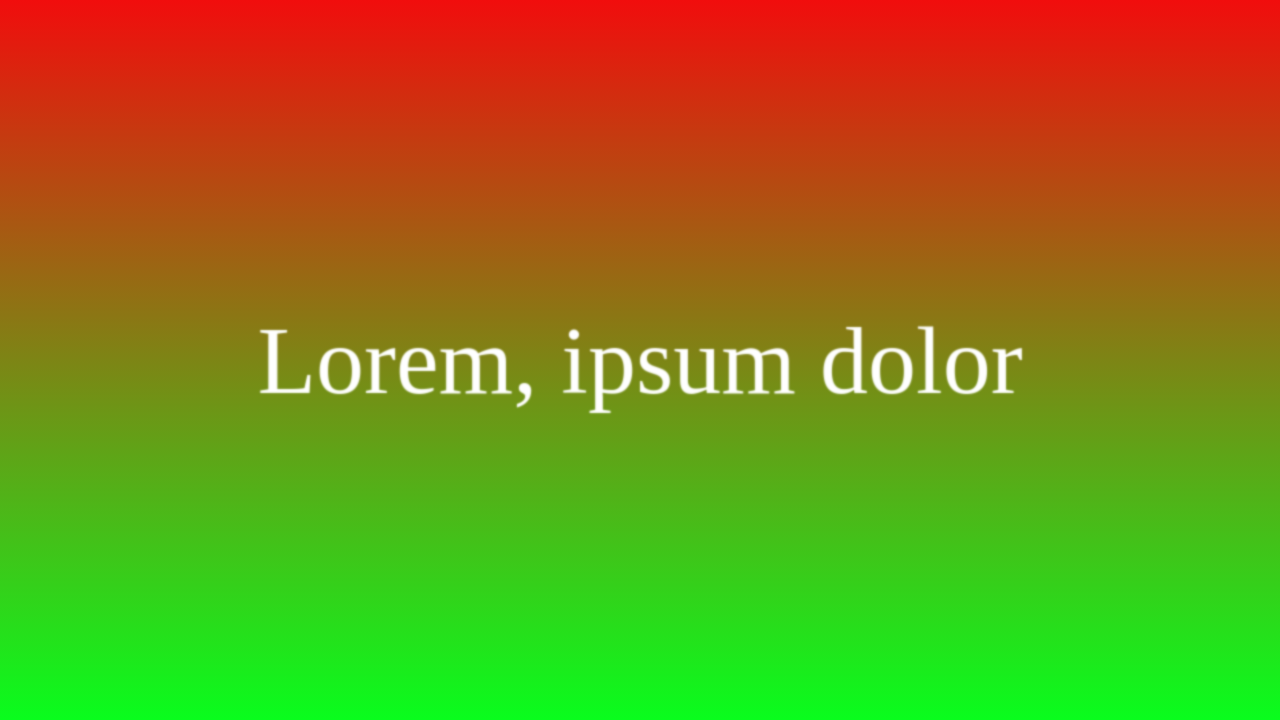
Repository: zuuo/--
Page: 文字颜色跑马灯/index.html
The author's editor kept a copy of each file at every save. The page is drawn from the files as they stood at one save, then again after the next save.
The browser window is 1280 px wide. The pictures show the whole page.
The style sheet was rebuilt from its Sass, Less or Tailwind sources for each picture, by a compiler version that may differ from the author's.

Above is the page before, as saved 2024-02-29 21:37:55.

### 文字颜色跑马灯/index.html
<!DOCTYPE html>
<html lang="en">

<head>
    <meta charset="UTF-8">
    <meta name="viewport" content="width=device-width, initial-scale=1.0">
    <title>Document</title>
    <link rel="stylesheet" href="./style.css">
</head>

<body>
    <div class="box">Lorem, ipsum dolor</div>
</body>

</html>

### 文字颜色跑马灯/style.less
body {
    margin: 0;
    padding: 0;
}

.box {
    width: 100vw;
    height: 100vh;
    background-color: #1a1919;
    font-size: 96px;
    display: flex;
    align-items: center;
    justify-content: center;
    text-shadow: 0 0 2px #fff;
    color: transparent;
    background-image: linear-gradient(to top, #09fd1d, #f10d0d);
    background-size: cover;
    background-repeat: no-repeat;
    background-clip: tex;
}

After the next save:
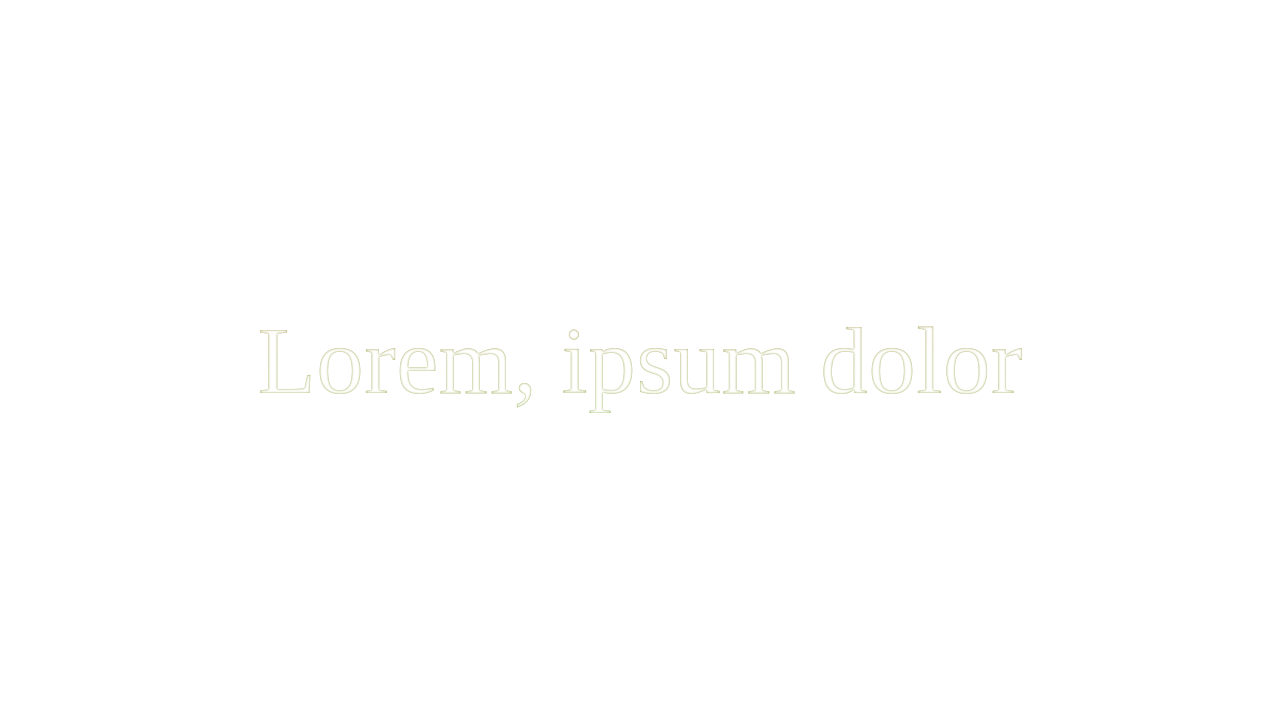
Saved 4 s later.
--- a/文字颜色跑马灯/style.less
+++ b/文字颜色跑马灯/style.less
@@ -16,5 +16,5 @@
     background-image: linear-gradient(to top, #09fd1d, #f10d0d);
     background-size: cover;
     background-repeat: no-repeat;
-    background-clip: tex;
+    background-clip: text;
 }
